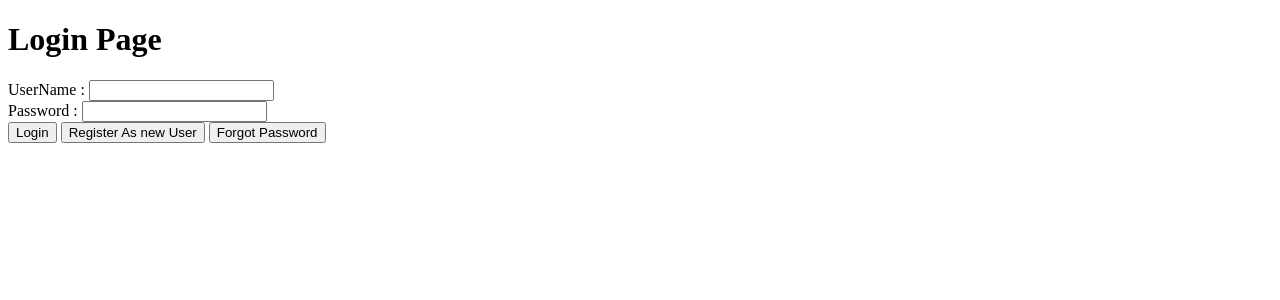
Repository: devgpta19/CDAC-Assignments
Page: http://localhost/ProductsAndUsersUsingJSPAndServlet/
The author's editor kept a copy of each file at every save. The page is drawn from the files as they stood at one save, then again after the next save.
The browser window is 1280 px wide. The pictures show the whole page.
The page is served by Tomcat 9. Other server files are loaded and not shown.

Above is the page before, as saved 2025-11-27 02:53:03.

### Adv.Java/Day6-8/ProductsAndUsersUsingJSPAndServlet/src/main/webapp/Login.jsp
<%@ page language="java" contentType="text/html; charset=ISO-8859-1"
	pageEncoding="ISO-8859-1"%>
<!DOCTYPE html>
<html>
<head>
<meta charset="ISO-8859-1">
<title>Login Page</title>
</head>
<body>
	<h1>Login Page</h1>
	<form action="/validateUser" method="post">
		UserName : <input type="text" name="unm" id="unm" /> <br>
		Password : <input type="password" name="pwd" id="pwd" /><br>
		<button type="submit" name="btn" id="btn" value="addUser">Login</button>

		<button type="submit" name="btn" id="btn" value="registerPage">Register
			As new User</button>
		<button type="submit" name="btn" id="btn" value="forgotPage">Forgot
			Password</button>
	</form>
</body>
</html>

After the next save:
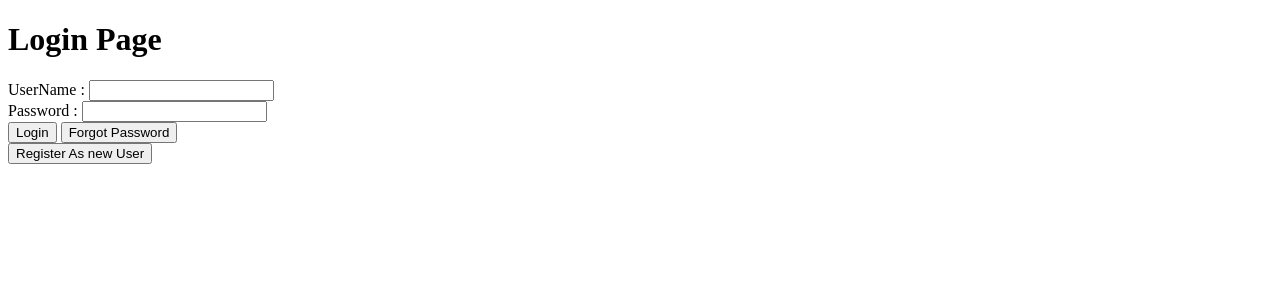
Saved 26 s later.
--- a/Adv.Java/Day6-8/ProductsAndUsersUsingJSPAndServlet/src/main/webapp/Login.jsp
+++ b/Adv.Java/Day6-8/ProductsAndUsersUsingJSPAndServlet/src/main/webapp/Login.jsp
@@ -13,10 +13,11 @@
 		Password : <input type="password" name="pwd" id="pwd" /><br>
 		<button type="submit" name="btn" id="btn" value="addUser">Login</button>
 
-		<button type="submit" name="btn" id="btn" value="registerPage">Register
-			As new User</button>
 		<button type="submit" name="btn" id="btn" value="forgotPage">Forgot
 			Password</button>
 	</form>
+
+		<button type="submit" name="btn" id="btn" value="registerPage">Register
+			As new User</button>
 </body>
 </html>
